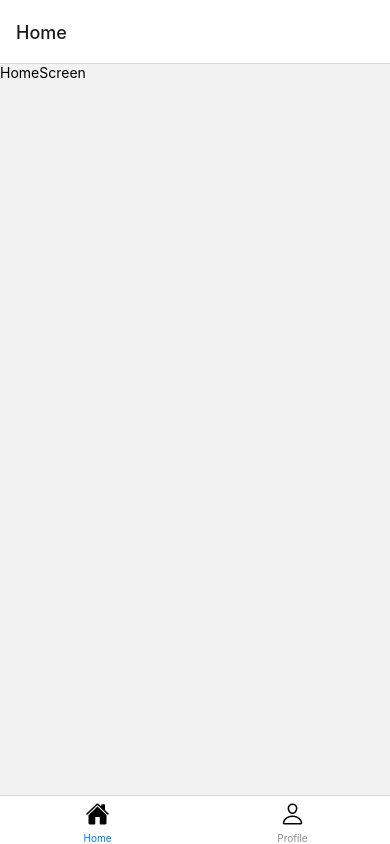
Repository: Deyvid-Kasteh/Spotify_Clone_1.0
Screen: /
These files come from the project's save history. The screen is drawn as it stood at one moment and after a run of saves; the edit follows.
The app was drawn by React Native's web renderer in a window 390 px wide. The project was rebuilt for these pictures with package versions that can differ from the ones it lists, and the page was loaded fresh each time. Also part of the build but not shown: screens/ProfileScreen.js.

Above is the screen before, as saved 2023-07-28 19:32:28.

After the next 7 saves:
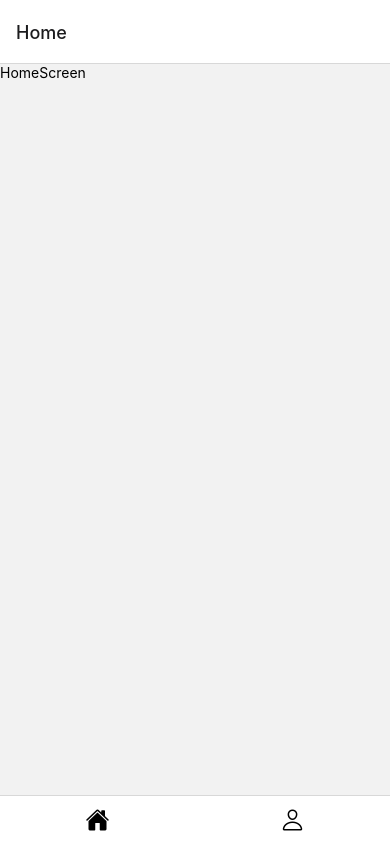
The 7 saves are shown as one change because 1 did not build or start and some came seconds apart.
The last was saved 28 s later.
--- a/StackNavigator.js
+++ b/StackNavigator.js
@@ -8,7 +8,7 @@ const Tab = createBottomTabNavigator();
 export default function BottomTabs() {
   return (
       <Tab.Navigator screenOptions={{
-
+        tabBarShowLabel: false,
     }}>
       <Tab.Screen
         name="Home"
